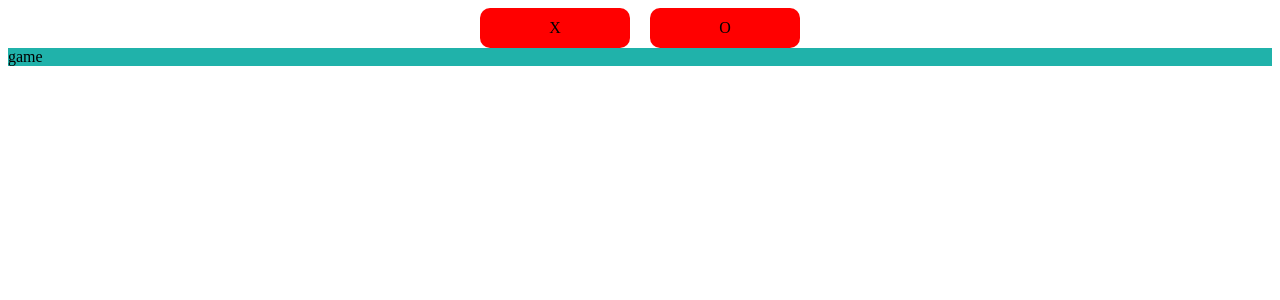
Repository: vahid242/viGame
Page: http://localhost/tic-tac-toe
The author's editor kept a record of every edit. The page is drawn from the files as they stood at one moment, then again after the next edit.
The browser window is 1280 px wide. The pictures show the whole page.
The page is served by the project's Node server (v1/app.js).

Above is the page before.

### v1/views/tic.ejs
<!DOCTYPE html>
<html>
    <head>
        <title>Page Title</title>
        <link rel="stylesheet" href="/tic.css">
    </head>
    <body>
        <div class="container">

            <div class="upside">
                <div class="choose">
                    <div id="xChose">X</div>
                    <div id="oChose">O</div>
                </div>
            </div>

            <div class="downside">
                <div>game</div>
            </div>
        </div>
    </body>
</html>

### v1/app.js
var express = require("express");
var app = express();

app.set("view engine", "ejs");
app.use(express.static("public"));

app.get("/", function(req, res){
    res.render("home");
});

app.get("/tic-tac-toe", function(req, res){
    res.render("tic");
});

app.listen(process.env.PORT, process.env.IP, function(){
    console.log("The server has started");
});

### v1/public/tic.css
/*body{*/

/*}*/

.choose{
    display: flex;
    justify-content: center;
    text-align: center;
    line-height:40px;
}

#xChose{
    background-color: red;
    width: 150px;
    height: 40px;
    border-radius: 10px;
    margin: 0 10px;
}
#oChose{
    background-color: red;
    width: 150px;
    height: 40px;
    border-radius: 10px;
    margin: 0 10px;
}
.downside{
    background-color:#20B2AA;
    margin-bottom: 0;
}

After the next edit:
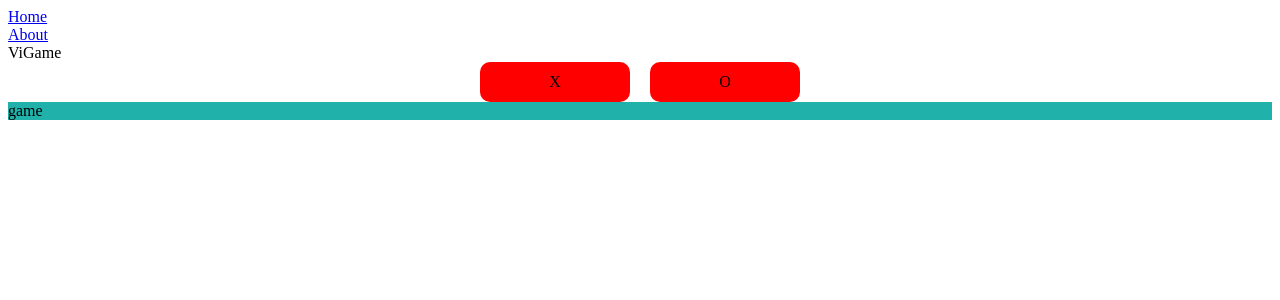
The edit:
--- a/v1/views/tic.ejs
+++ b/v1/views/tic.ejs
@@ -6,6 +6,23 @@
     </head>
     <body>
         <div class="container">
+                <div class="nav-wrapper">
+        <div class="left-side">
+            <div class="nav-link-wrapper">
+                <a href="/">Home</a>
+            </div>
+
+            <div class="nav-link-wrapper">
+                <a href="/">About</a>
+            </div>
+        </div>
+
+        <div class="right-side">
+            <div class="brand">
+                <div>ViGame</div>
+            </div>
+        </div>
+    </div>
 
             <div class="upside">
                 <div class="choose">
